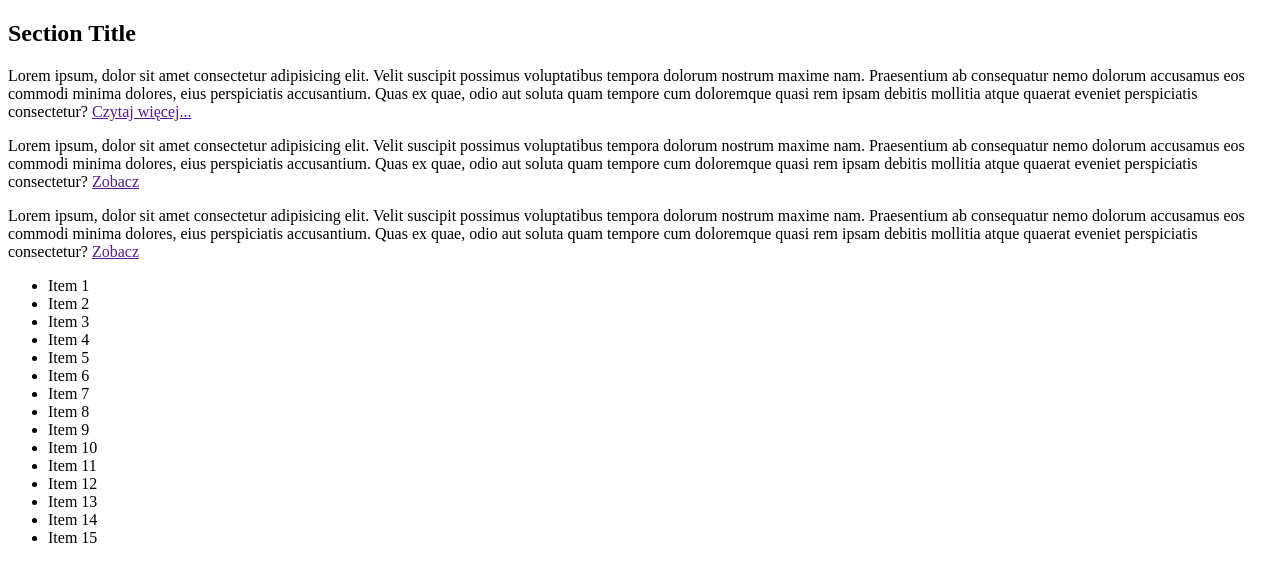
Repository: magdaf41/jQuery
Page: zadanie 3/index.html
An editor plug-in stored every save of this project. The page is shown before and after the next save, followed by the edit.
The browser window is 1280 px wide. The pictures show the whole page.

Above is the page before, as saved 2020-09-08 21:41:10.

After the next save:
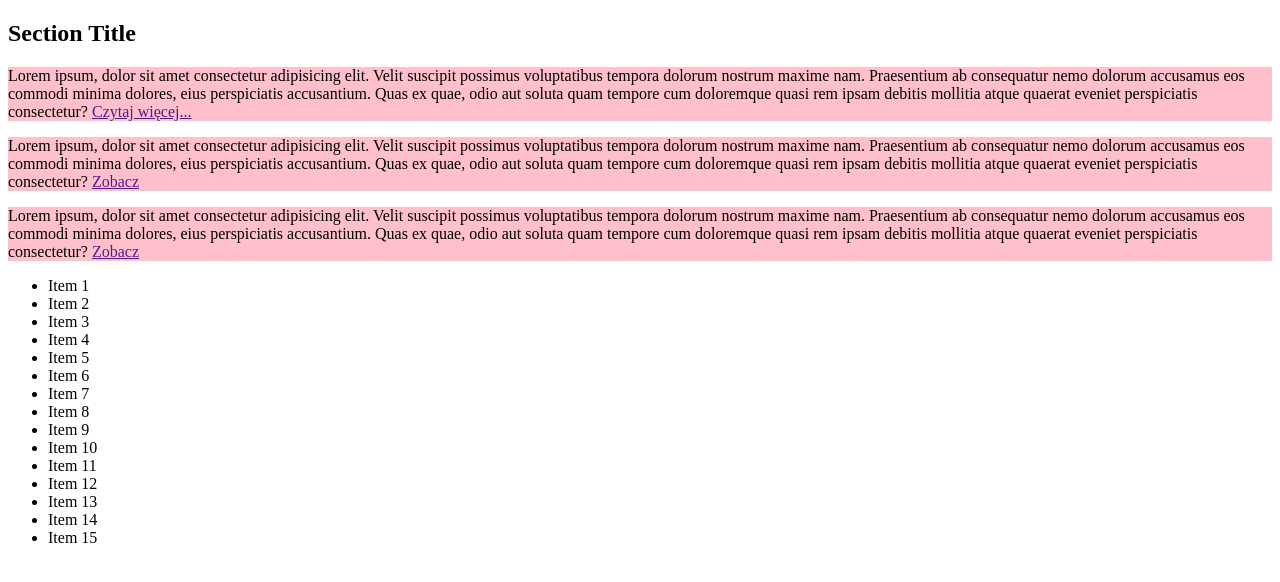
Saved 2 min 17 s later.
--- a/zadanie 3/js/main.js
+++ b/zadanie 3/js/main.js
@@ -1,19 +1,4 @@
 $(document).ready(function () {
 
-   $('#about h2').attr('id', 'main-headin');
-
-   let titleValue = $('a').eq(1).attr('title');
-   console.log(titleValue);
-
-   $('section').removeAttr('id');
-
-   $('section').addClass('main-section');
-
-   $('.description').removeClass('description');
-
-   console.log($('section').hasClass('main-section'));
-
-    $('p').toggleClass('content');
-
-    $('li').addClass('item ul-item')
+   $('p').css('background-color', 'pink');
 });

After the save that followed:
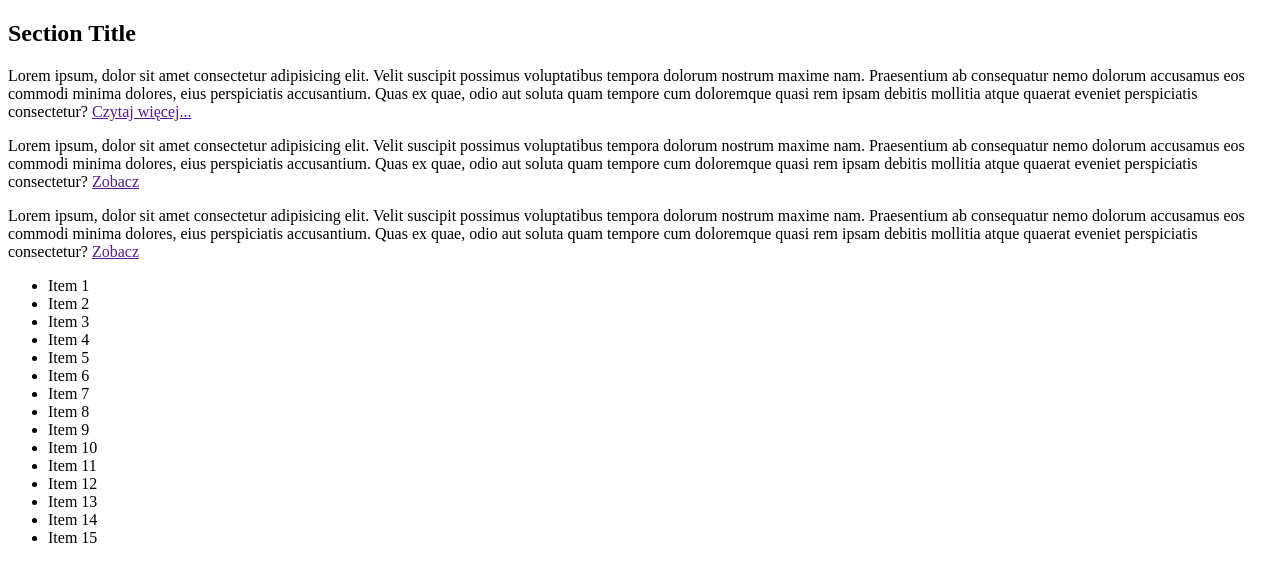
Console error: SyntaxError: Unexpected token ';'
Saved 2 min 48 s later.
--- a/zadanie 3/js/main.js
+++ b/zadanie 3/js/main.js
@@ -1,4 +1,8 @@
 $(document).ready(function () {
 
    $('p').css('background-color', 'pink');
+
+   $('a').css({
+       textDecoration : 'none';
+   })
 });
